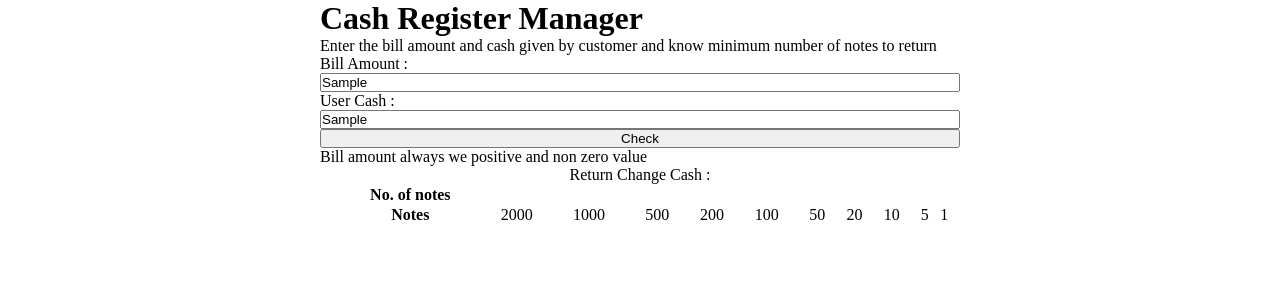
Repository: patelamancode/Cash-register-manager-app
Page: index.html
The author's editor kept a copy of each file at every save. The page is drawn from the files as they stood at one save, then again after the next save.
The browser window is 1280 px wide. The pictures show the whole page.
Empty fields were first filled with sample values (such as "Sample", 5 or name@example.com).
After loading, the first visible `button.check-btn` was clicked once.

Above is the page before, as saved 2022-11-16 17:02:40.

After the next save:
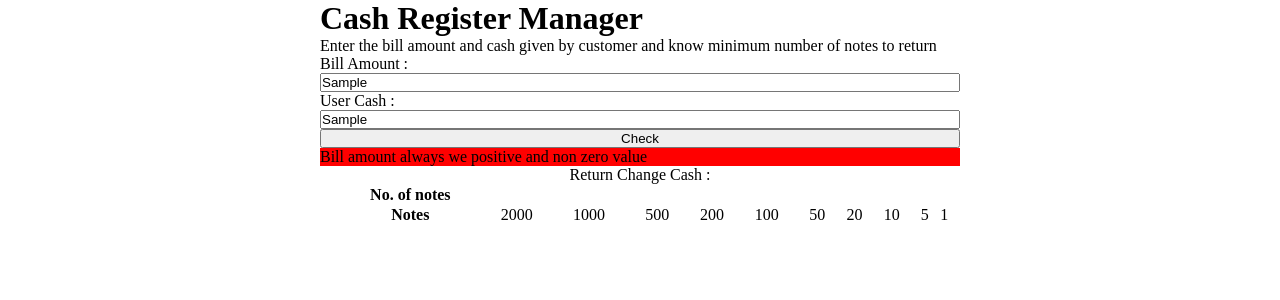
Saved 4 min 16 s later.
--- a/index.js
+++ b/index.js
@@ -4,7 +4,7 @@
 
 const billAmount = document.querySelector('#bill-amount');
 const cashAmount = document.querySelector('#cash-amount');
-const checkButton =  document.querySelector('.check-btn');
+const checkButton = document.querySelector('.check-btn');
 const errorMessage = document.querySelector('.error-message');
 
 // Testing console values for all inputs
@@ -12,15 +12,18 @@ const errorMessage = document.querySelector('.error-message');
 //     console.log(cashAmount.value);
 // })
 
+const displayErrorMessage = function () {
+    errorMessage.style.display = "block";
+    errorMessage.style.backgroundColor = "red"
+    errorMessage.innerText = "Bill amount always we positive and non zero value";
+}
 
-
-checkButton.addEventListener('click', function amountValidation(){
+checkButton.addEventListener('click', function amountValidation() {
     errorMessage.style.display = "none";
 
-    if(billAmount.value > 0){
-    }
-    else{
-        errorMessage.style.display = "block";
-        errorMessage.innerText = "Bill amount always we positive and non zero value";
+    if (billAmount.value > 0) {
+
+    } else {
+        displayErrorMessage();
     }
 })
